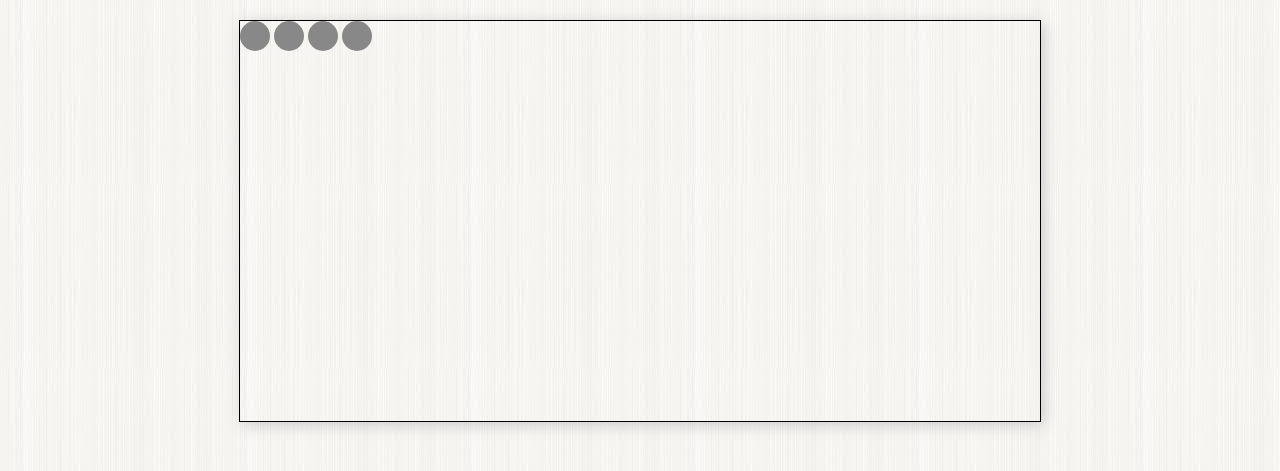
Repository: lauroPereira/study
Page: http://localhost/modules/home/home.php
These files come from the project's save history. The page is drawn as it stood at one moment and after the next save; the edit follows.
The browser window is 1280 px wide. The pictures show the whole page.
The page is run by PHP 8.4 with error messages shown; the project is at /var/www/html/.

Above is the page before, as saved 2016-06-14 04:25:34.

After the next save:
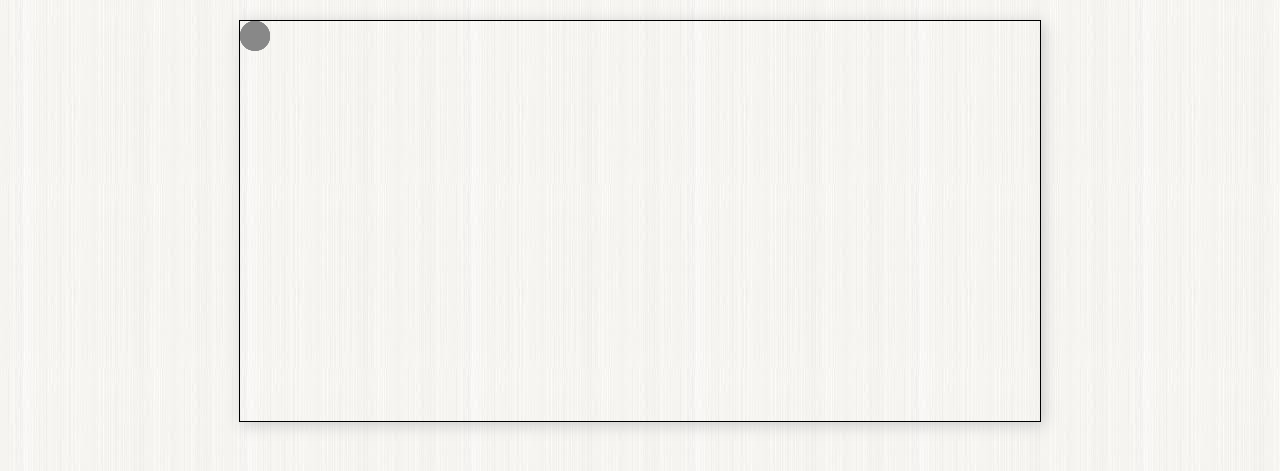
Saved 15 s later.
--- a/TrabalhoFinalWeb/css/home.css
+++ b/TrabalhoFinalWeb/css/home.css
@@ -15,4 +15,5 @@
 	display: inline-block;
 	margin: 0 auto;
 	vertical-align: bottom;
+	position: absolute;
 }

After the save that followed:
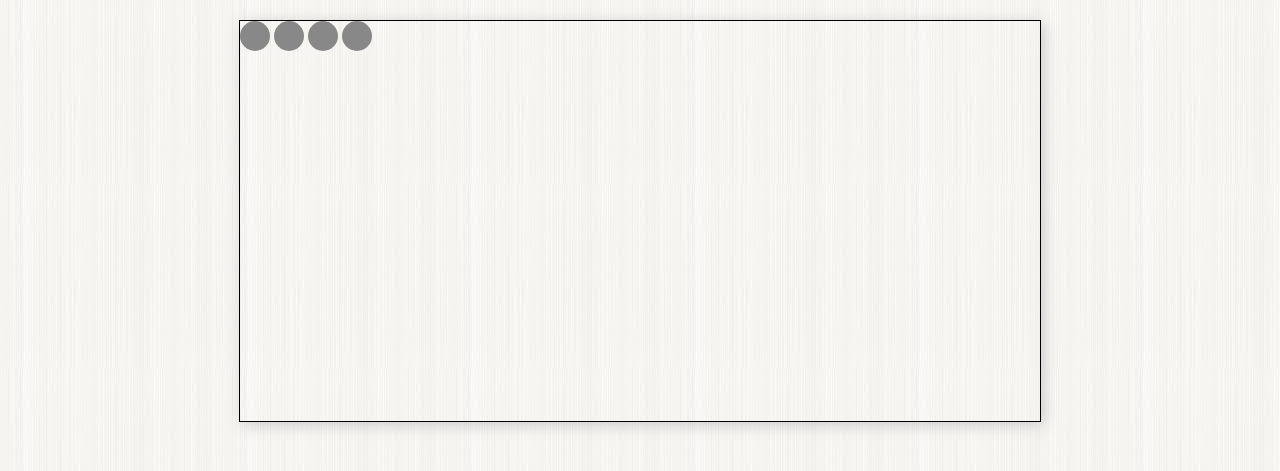
Saved 20 s later.
--- a/TrabalhoFinalWeb/css/home.css
+++ b/TrabalhoFinalWeb/css/home.css
@@ -15,5 +15,4 @@
 	display: inline-block;
 	margin: 0 auto;
 	vertical-align: bottom;
-	position: absolute;
 }
